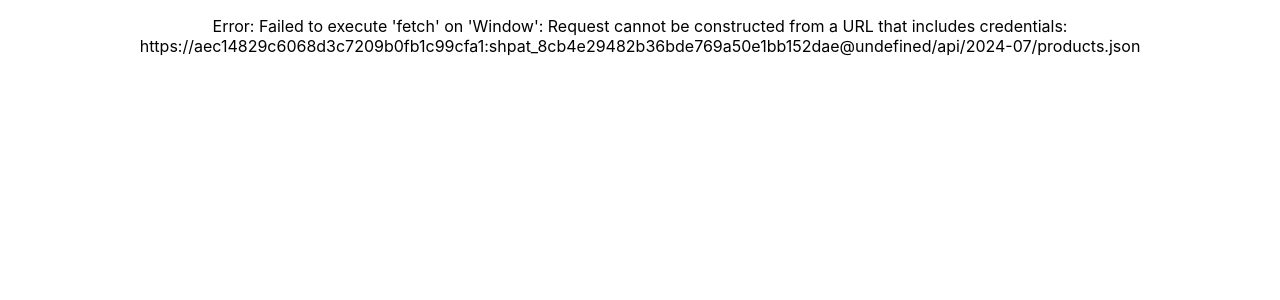
Repository: mitesh-avid-brio/Shopify-React-App
Page: /
These files come from the project's save history. The page is drawn as it stood at one moment and after the next save; the edit follows.
The browser window is 1280 px wide. The pictures show the whole page.
The project was rebuilt for these pictures with package versions that can differ from the ones it lists, and the page was loaded fresh each time.

Above is the page before, as saved 2024-08-12 11:13:36.

### src/App.js
import './App.css';
import Inventory from './Components/Inventory'

function App() {
  return (
    <div className="App">
      <Inventory />
    </div>
  );
}

export default App;

### src/Components/Inventory.js
import { useEffect, useState } from "react";


function Inventory () {
    const [data, setData] = useState([]);
    const [loading, setLoading] = useState(true);
    const [error, setError] = useState(null);

    useEffect(() => {
        console.log("dad",``)
        fetch(`https://${process.env.NEXT_PUBLIC_SHOPIFY_CONSUMER_KEY}:${process.env.NEXT_PUBLIC_SHOPIFY_PASSWORD_KEY}@${process.env.URL}/api/2024-07/products.json`,{
            method: "GET",
            headers:{
                "X-Shopify-Access-Token": "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",
                "content-type": "application/json",
            }
        })
            .then(response => {
              if (!response.ok) {
                throw new Error('Network response was not ok');
              }
              return response.json();
            })
            .then(data => {
                if(data){
                    setData(data.results);
                    setLoading(false);
                }
            })
            .catch(error => {
              setError(error);
              setLoading(false);
            });
    }, []);

    console.log("Products", data)

    const product_inverntory= [
        {id:"01",title:"Bike",price:'50$',variants:"Blue"},
        {id:"02",title:"Car",price:'150$',variants:"Black"},
    ]

    if (loading) return <p>Loading...</p>;
    if (error) return <p>Error: {error.message}</p>;
    return (
        <div className="main_container">
            <h2 className='heading'>Shopify Panel</h2>

                    <div className="table_data">
                        <table className="table">
                            <thead className='table_head'>
                                <tr>
                                    <th>Id</th>
                                    <th>Title</th>
                                    <th>Price</th>
                                    <th>Variants</th>
                                    {/* <th>Action</th> */}
                                </tr>
                            </thead>
                        </table>

                        <div className="tbody_container">
                            <table>
                                <tbody>
                                    {product_inverntory.map((item)=>(
                                        <tr className='body_row' key={item.id}>
                                        <td className='index' data-label="index">{item?.id}</td>
                                        <td className='details' data-label="title">{item?.title}</td>
                                        <td className='details' data-label="price">{item?.price}</td>
                                        <td className='details' data-label="variant">{item?.variants}</td>
                                        {/* <td className='details' data-label="action"> </td> */}
                                    </tr>)) }
                                </tbody>
                            </table>
                        </div>
                    </div>
        </div>
    )
}

export default Inventory;





// X-Shopify-Access-Token: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
// api key: aec14829c6068d3c7209b0fb1c99cfa1
// api secret: ec53dbafa6a84fc722a14565b63e397e
// https://pakt-shirts.myshopify.com/

Loaded but not shown: public/index.html (common file); src/index.js (common file); src/index.css (common file); src/reportWebVitals.js (common file); src/App.css (common file)

After the next save:
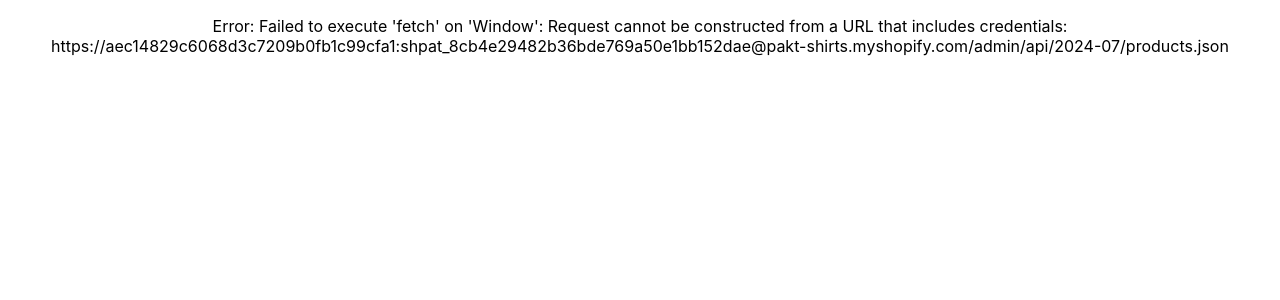
Saved 7 s later.
--- a/src/Components/Inventory.js
+++ b/src/Components/Inventory.js
@@ -8,7 +8,7 @@
 
     useEffect(() => {
         console.log("dad",``)
-        fetch(`https://${process.env.NEXT_PUBLIC_SHOPIFY_CONSUMER_KEY}:${process.env.NEXT_PUBLIC_SHOPIFY_PASSWORD_KEY}@${process.env.URL}/api/2024-07/products.json`,{
+        fetch(`https://${process.env.NEXT_PUBLIC_SHOPIFY_CONSUMER_KEY}:${process.env.NEXT_PUBLIC_SHOPIFY_PASSWORD_KEY}@${process.env.NEXT_PUBLIC_SHOPIFY_BASE_URL}/api/2024-07/products.json`,{
             method: "GET",
             headers:{
                 "X-Shopify-Access-Token": "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",
